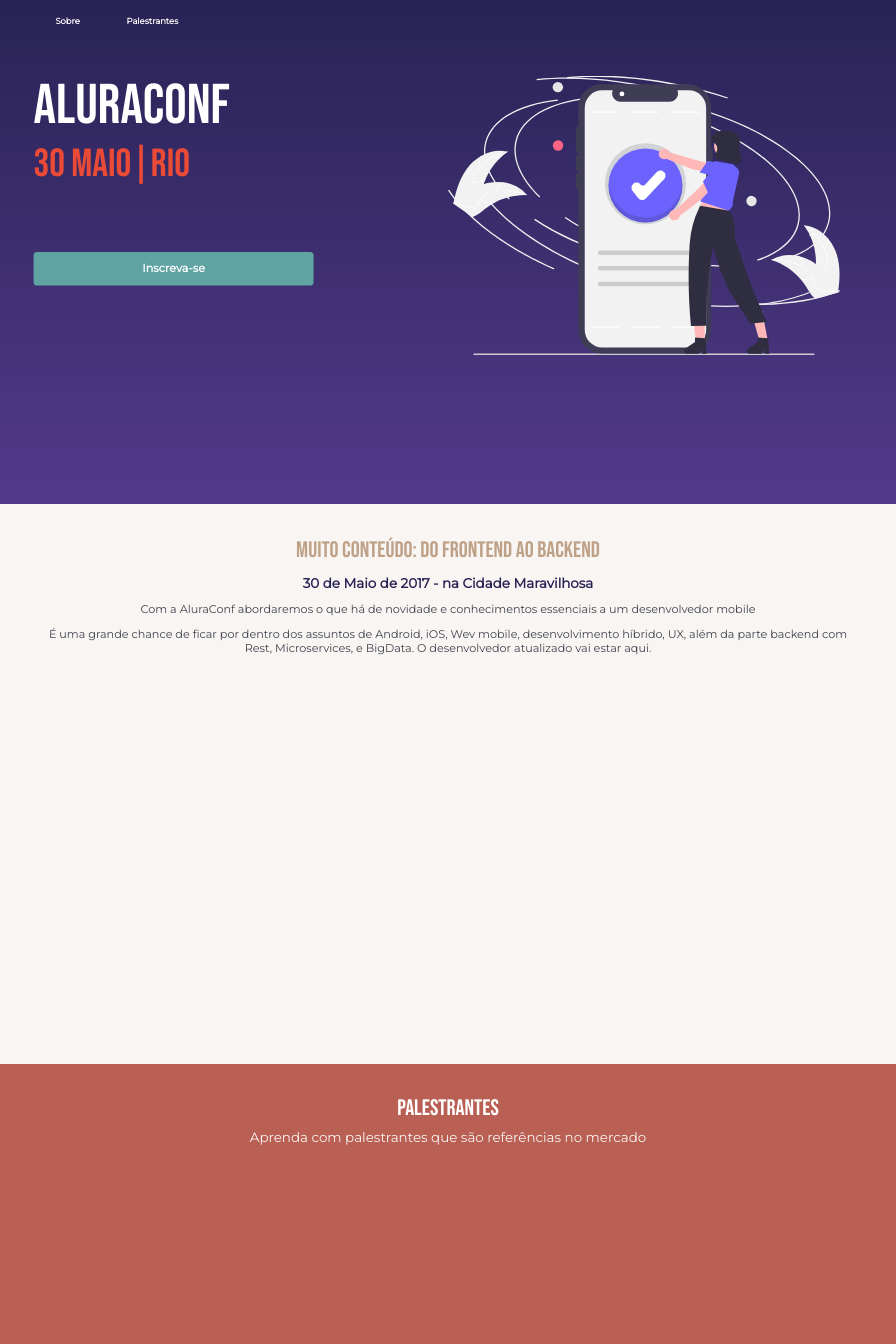
Repository: tomoliveira1/aluraconf
Page: index.html
The author's editor kept a copy of each file at every save. The page is drawn from the files as they stood at one save, then again after the next save.
The browser window is 1280 px wide. The pictures show the part of the page from y = 0 to 1920 px (the page is 2856 px tall), at 70% of full size.

Above is the page before, as saved 2021-10-12 21:08:00.

### index.html
<!-- PROJETO FINAL - ALURACONF -->

<!DOCTYPE html>
<html lang="pt-br">
  <head>
    <meta charset="UTF-8" />
    <meta http-equiv="X-UA-Compatible" content="IE=edge" />
    <meta name="viewport" content="width=device-width, initial-scale=1.0" />
    <title>AluraConf</title>

    <link rel="stylesheet" href="/aluraconf/css/reset.css" />
    <link rel="stylesheet" href="/aluraconf/css/base.css" />

    <link rel="stylesheet" href="aluraconf/css/header.css" />
    <link rel="stylesheet" href="aluraconf/css/about.css" />
    <link rel="stylesheet" href="aluraconf/css/palestrantes.css" />
    <link rel="stylesheet" href="aluraconf/css/form.css" />

    <link rel="preconnect" href="https://fonts.googleapis.com" />
    <link rel="preconnect" href="https://fonts.gstatic.com" crossorigin />
    <link
      href="https://fonts.googleapis.com/css2?family=Bebas+Neue&family=Montserrat:wght@300;400&display=swap"
      rel="stylesheet"
    />
  </head>
  <body>
    <header class="header container">
      <nav class="header_nav">
        <ul>
          <li class="header_link"><a href="">Sobre</a></li>
          <li class="header_link"><a href="">Palestrantes</a></li>
        </ul>
      </nav>

      <h1 class="header_title">AluraConf</h1>
      <h1 class="header_subtitle">30 Maio|Rio</h1>

      <a class="header_button button" href="#">Inscreva-se</a>

      <img class="header_image" src="aluraconf/img/phone.svg" alt="ilustração de uma pessoa usando um computador">
    </header>

    <main>
      <section class="about container">
        <h1>Muito conteúdo: do frontend ao backend</h1>
        <h2>30 de Maio de 2017 - na Cidade Maravilhosa</h2>
        <p>
          Com a AluraConf abordaremos o que há de novidade e conhecimentos
          essenciais a um desenvolvedor mobile
        </p>
        <p>
          É uma grande chance de ficar por dentro dos assuntos de Android, iOS,
          Wev mobile, desenvolvimento híbrido, UX, além da parte backend com
          Rest, Microservices, e BigData. O desenvolvedor atualizado vai estar
          aqui.
        </p>
      </section>

      <section class="palestrantes container">
        <h1>Palestrantes</h1>
        <h2>Aprenda com palestrantes que são referências no mercado</h2>
      </section>

      <section class="form container">
        <h1>seus dados</h1>
        <div>
          <form>
            <label class="custom_field">
              <input
                class="form_input"
                type="text"
                id="nome"
                placeholder="Nome Completo"
              />
            </label>

            <label class="custom_field">
              <input
                class="form_input"
                type="text"
                id="email"
                placeholder="Email"
              />
            </label>
          </form>

          <a class="submit_button button">Enviar</a>
        </div>
      </section>
    </main>
  </body>
</html>

### aluraconf/css/base.css
/* Cores */
:root {
  --white: #fff;
  --beige: #bea187;
  --light-beige: #F8F5F2;
  --red: #eb4b36;
  --bg-orange: #BA5F53;
  --bg-color-darker: #282355;
  --bg-color-lighter: #533a8a;
  --text-color: #3f434f;
  --button: #5fa3a3;
  --clr-primary: #651fff;
  --clr-gray: #37474f;
  --clr-gray-light: #b0bec5;
  --input: #d5d5d5;

  --bebas-neue: "Bebas Neue", cursive;
  --montserrat: "Montserrat", sans-serif;
}

body {
  font-family: "Bebas Neue", cursive;
  font-family: "Montserrat", sans-serif;
}

.container {
  padding-right: 6%;
  padding-left: 6%;
}

.button {
  background-color: var(--button);
  color: var(--white);
  font-weight: 600;
  text-align: center;
  display: block;
  max-width: 400px;
  box-sizing: border-box;
  padding: 1rem 2rem;
  border-radius: 5px;
}

### aluraconf/css/header.css
.header {
  background-image: linear-gradient(var(--bg-color-darker), var(--bg-color-lighter) );

  width: 100%;
  min-height: 100vh;

  box-sizing: border-box;

  display: flex;
  flex-direction: column;
  align-items: center;

  padding-top: 0.75rem;
  padding-bottom: 0.75rem;
}

.header_nav {
  text-align: center;
}

.header_link {
  color: var(--white);
  font-size: 1rem;
  font-weight: 600;

  display: inline-block;

  margin-right: 0.7rem;
  margin-bottom: 4rem;
  margin-left: 0.7rem;

  padding: 0.75rem 1.25rem;
}

.header_title {
  font-family: "Bebas Neue", cursive;
  color: var(--white);
  font-size: 5rem;
}

.header_subtitle {
  font-family: "Bebas Neue", cursive;
  font-size: 3.5rem;
  color: var(--red);
  margin-bottom: 6rem;
}

.header_button {
  width: 100%;
}

.header_image {
  display: none;
}

@media screen and (min-width: 1024px) {

  .header {
    align-items: start;
    padding-left: 3rem;
  }

  .header_link {
    align-content: center;
    font-size: .75rem;
  }

  .header_image {
    width: 560px;
    display: flex;
    position: absolute;
    left: 50%;
    top: 15%;
  }
}

### aluraconf/css/about.css
.about {
  background-color: var(--light-beige);
  min-height: 100vh;
  padding: 3rem 5% 2rem;
  line-height: 1.2;
}

.about h1 {
  font-family: "Bebas Neue", cursive;
  color: var(--beige);
  text-transform: uppercase;
  text-align: center;
  font-size: 2rem;
  margin-bottom: 1rem;
}

.about h2 {
  color: var(--bg-color-darker);
  font-family: "Montserrat", sans-serif;
  font-weight: bold;
  text-align: center;
  font-size: 1.2rem;
  margin-bottom: 1rem;
}

.about p {
  color: var(--text-color);
  width: 100%;
  display: block;
  text-align: center;
  margin-bottom: 1rem;
  margin-right: 0;
}

### aluraconf/css/palestrantes.css


.palestrantes {
    background-color: var(--bg-orange);
    min-height: 100vh;
    padding: 3rem 5% 2rem;
}

h1 {
    font-family: "Bebas Neue", cursive;
    color: var(--white);
    text-transform: uppercase;
    text-align: center;
    font-size: 2rem;
    margin-bottom: 1rem;
}

h2 {
    font-family: var(--montserrat);
    color: var(--light-beige);
    text-align: center;
    font-size: 1.2rem;
    margin-bottom: 1rem;
}

### aluraconf/css/form.css
.form {
    display: flex;
    flex-direction: column;
    background-color: var(--light-beige);
    min-height: 70vh;
    padding-top: 2rem;
    align-items: center;
}

.form h1 {
    font-family: "Bebas Neue", cursive;
    color: var(--beige);
    text-transform: uppercase;
    text-align: center;
    font-size: 2rem;
    margin-bottom: 1rem;
}

.custom_field {
    position: relative;
    font-size: 14px;
    padding-top: 20px;
    margin-bottom: 5px;
}

.custom_field input {
    width: 100%;
    box-sizing: border-box;
    border: none;
    appearance: none;
    background: var(--input);
    padding: 12px;
    border-radius: 3px;
    margin-top: 2rem;
    outline: none;
    font-size: 14px;
}

.curstom_field span {
    position: absolute;
    left: 12px;
    top: 50%;
}

input:focus::placeholder {
    color: transparent;
}

input::placeholder {
    color: #222;
    transition: color 0.3s ease;
}

.submit_button {
    width: 100%;
    margin-top: 3rem;
    cursor: pointer;
}

Loaded but not shown: aluraconf/css/reset.css (common file)

After the next save:
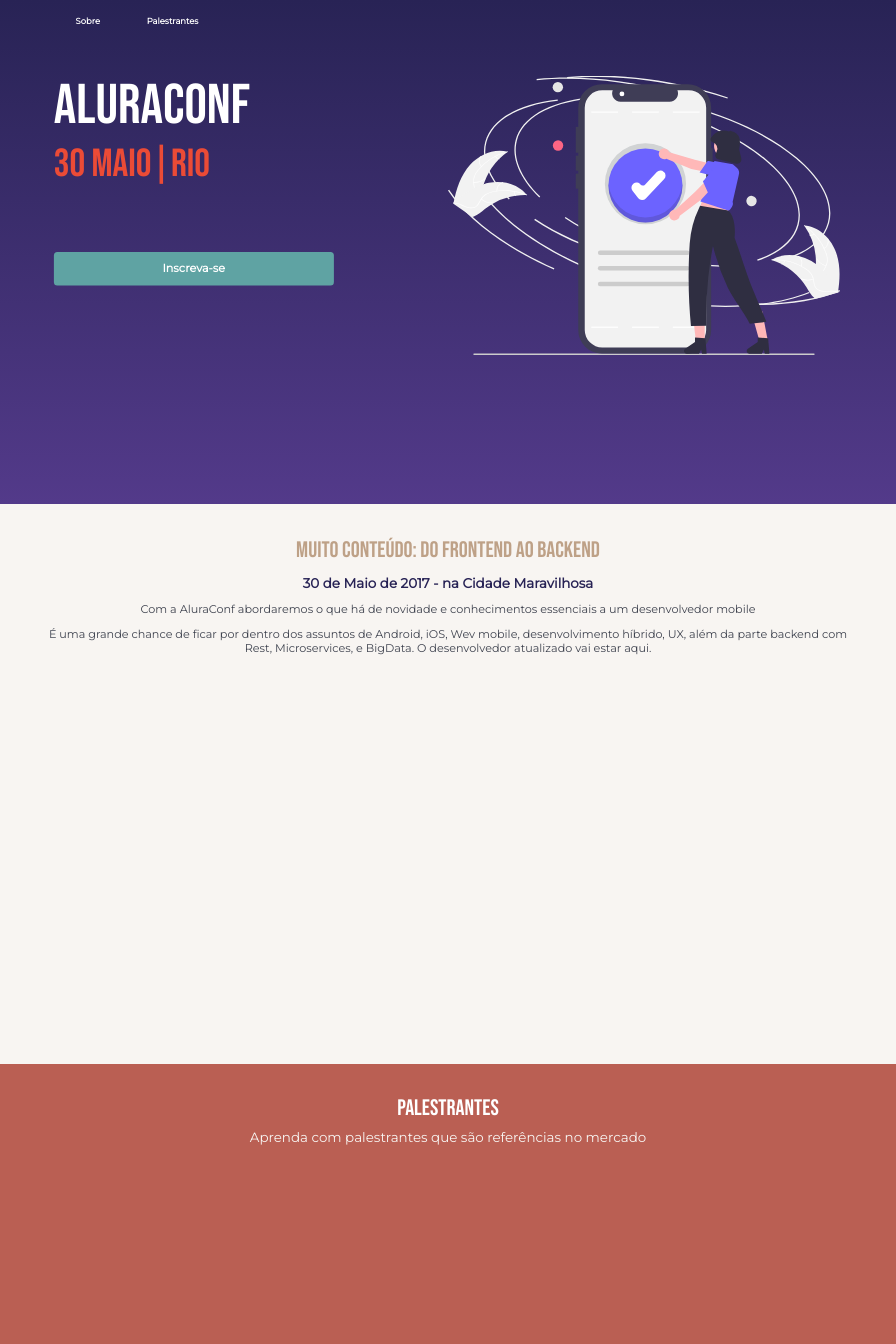
Saved 9 s later.
--- a/aluraconf/css/header.css
+++ b/aluraconf/css/header.css
@@ -57,7 +57,6 @@
 
   .header {
     align-items: start;
-    padding-left: 3rem;
   }
 
   .header_link {
